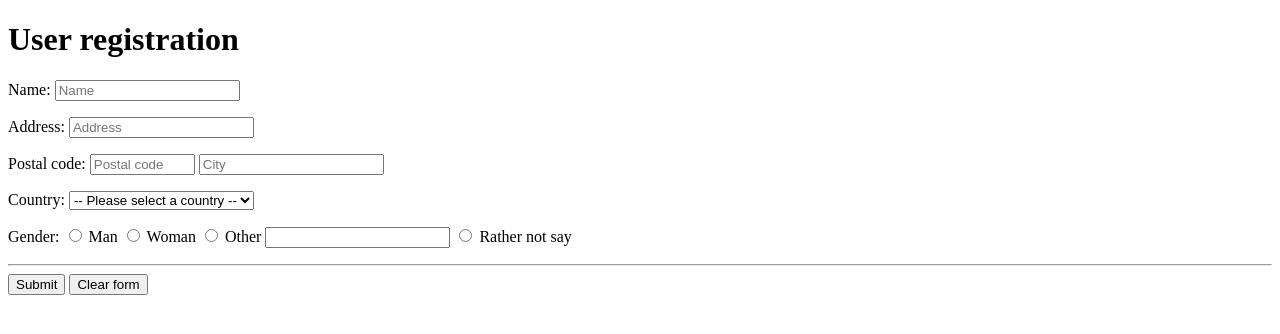
Repository: Filip-Husic/AW_frontend
Page: ex3Forms.html
An editor plug-in stored every save of this project. The page is shown before and after a run of saves, followed by the edit.
The browser window is 1280 px wide. The pictures show the whole page.

Above is the page before, as saved 2022-11-23 11:56:18.

After the next 2 saves:
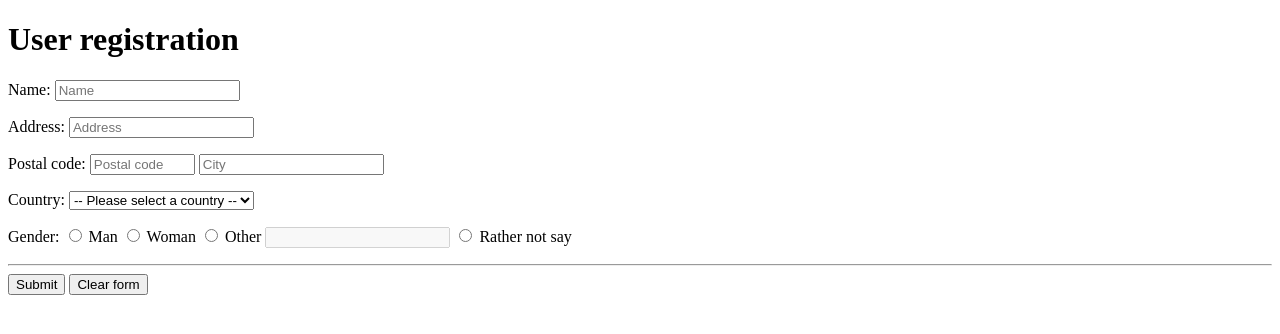
The 2 saves are shown as one change because they came seconds apart.
The last was saved 2 min 12 s later.
--- a/ex3Forms.html
+++ b/ex3Forms.html
@@ -42,7 +42,7 @@
             <label for="woman">Woman</label>
             <input type="radio" name="gender" id="other">
             <label for="other">Other</label>
-            <input type="text" name="gender" id="othergender">
+            <input type="text" name="gender" id="othergender" disabled>
             <input type="radio" name="gender" id="none">
             <label for="none">Rather not say</label>
         </p>
